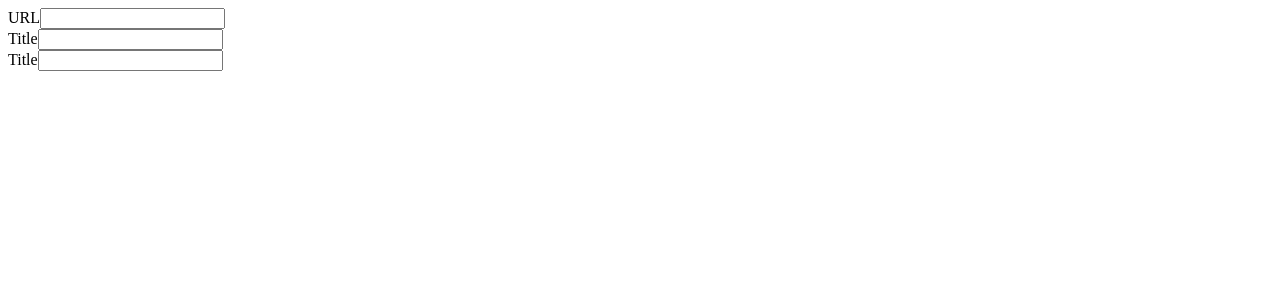
Repository: brunodamo/Web
Page: http://localhost/Projeto_JSTL/
An editor plug-in stored every save of this project. The page is shown before and after the next save, followed by the edit.
The browser window is 1280 px wide. The pictures show the whole page.
The page is served by Tomcat 9. Other server files are loaded and not shown.

Above is the page before, as saved 2015-08-26 22:35:39.

### Projeto JSTL/WebContent/index.jsp
<%@ page language="java" contentType="text/html; charset=ISO-8859-1"
    pageEncoding="ISO-8859-1"%>
<!DOCTYPE html PUBLIC "-//W3C//DTD HTML 4.01 Transitional//EN" "http://www.w3.org/TR/html4/loose.dtd">
<html>
<head>
<meta http-equiv="Content-Type" content="text/html; charset=ISO-8859-1">
<title>Pagina Inicial</title>
</head>
<body>

	<form action="midlet" method="get">
		URL<input type="text" name="url"><br/>
		Title<input type="text" name="title"><br/>
		Title<input type="text" name="title"><br/>
	</form>

</body>
</html>

After the next save:
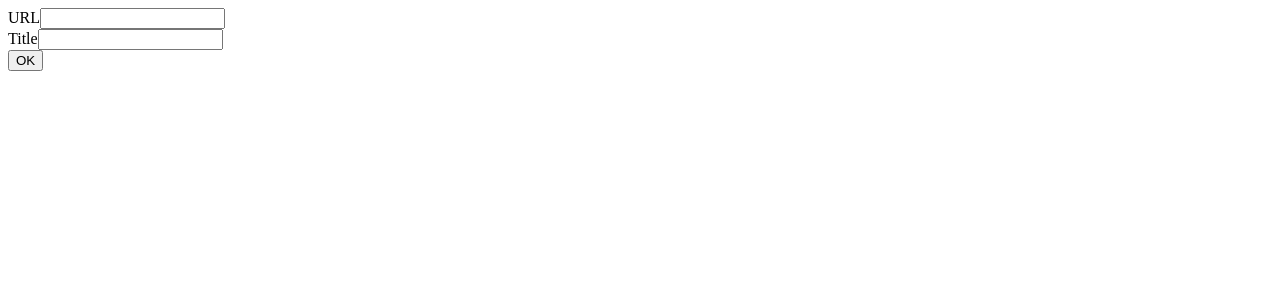
Saved 21 s later.
--- a/Projeto JSTL/WebContent/index.jsp
+++ b/Projeto JSTL/WebContent/index.jsp
@@ -11,7 +11,7 @@
 	<form action="midlet" method="get">
 		URL<input type="text" name="url"><br/>
 		Title<input type="text" name="title"><br/>
-		Title<input type="text" name="title"><br/>
+		<input type="submit" value="OK"><br/>
 	</form>
 
 </body>
